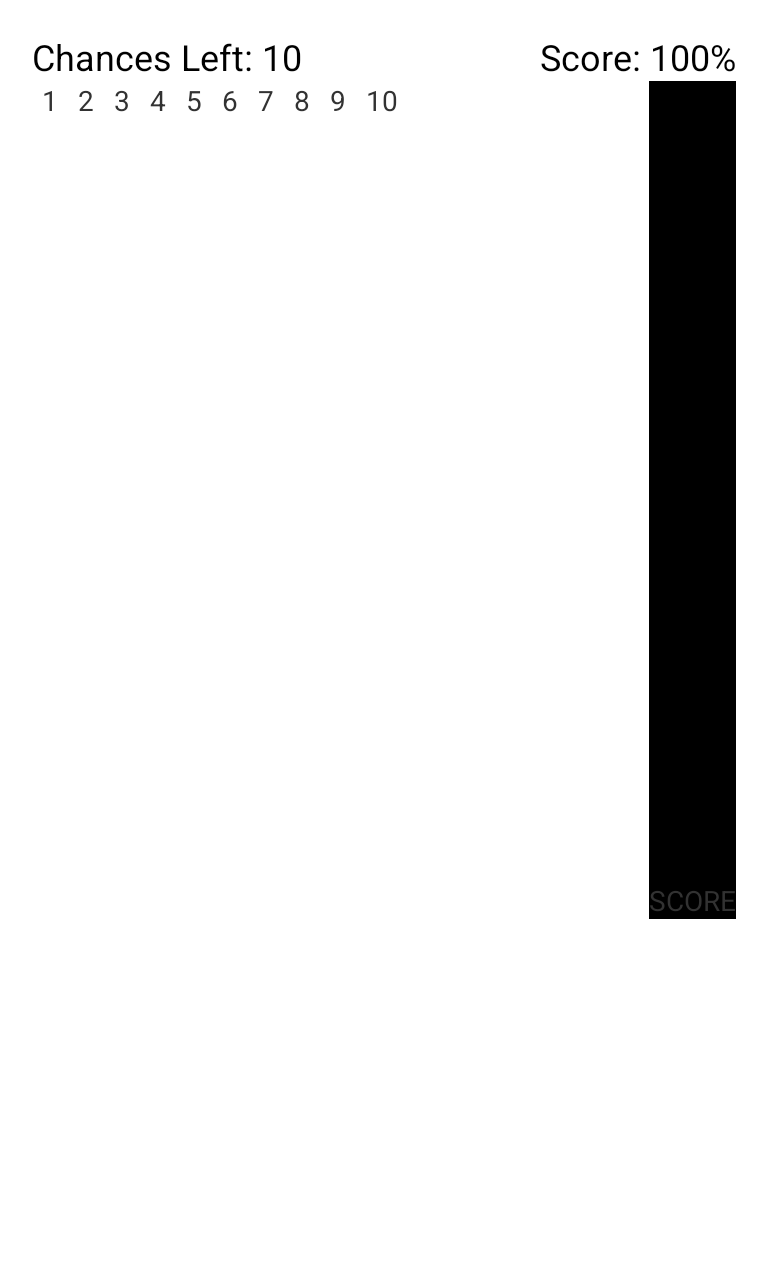
Repository: lethe13/AndroidProgramming
Layout: COMP304-Group1-MicroProject5/res/layout/activity_graphical_guessing_game.xml
An editor plug-in stored every save of this project. The layout is shown before and after the next save, followed by the edit.
It is drawn on a 768 x 1280 px phone screen (xhdpi) without system bars, with theme AppTheme; the app's code is not run.

Above is the layout before, as saved 2015-11-16 20:45:57.

After the next save:
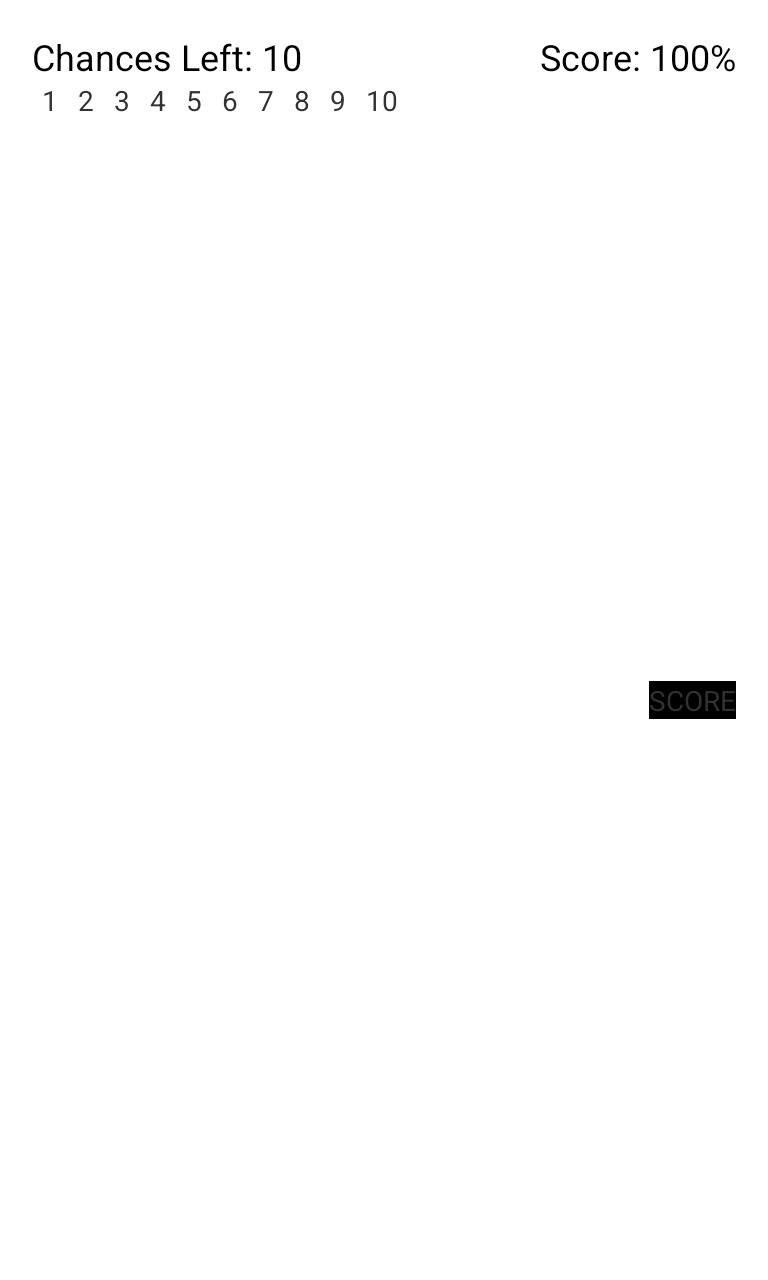
Saved 5 min 30 s later.
--- a/COMP304-Group1-MicroProject5/res/layout/activity_graphical_guessing_game.xml
+++ b/COMP304-Group1-MicroProject5/res/layout/activity_graphical_guessing_game.xml
@@ -156,11 +156,11 @@
         android:orientation="vertical" >
 
         <TextView android:id="@+id/tvScore"
-		       android:layout_width="wrap_content"
-		       android:layout_height="wrap_content"
-		       android:paddingTop="400dp"
-		       android:background="#000000"
-		       android:text="SCORE" />
+		        android:layout_width="wrap_content"
+		        android:layout_height="wrap_content"
+				android:layout_marginTop="300dp"
+				android:background="#000000"
+		        android:text="SCORE" />
     </LinearLayout>
 
 </RelativeLayout>
